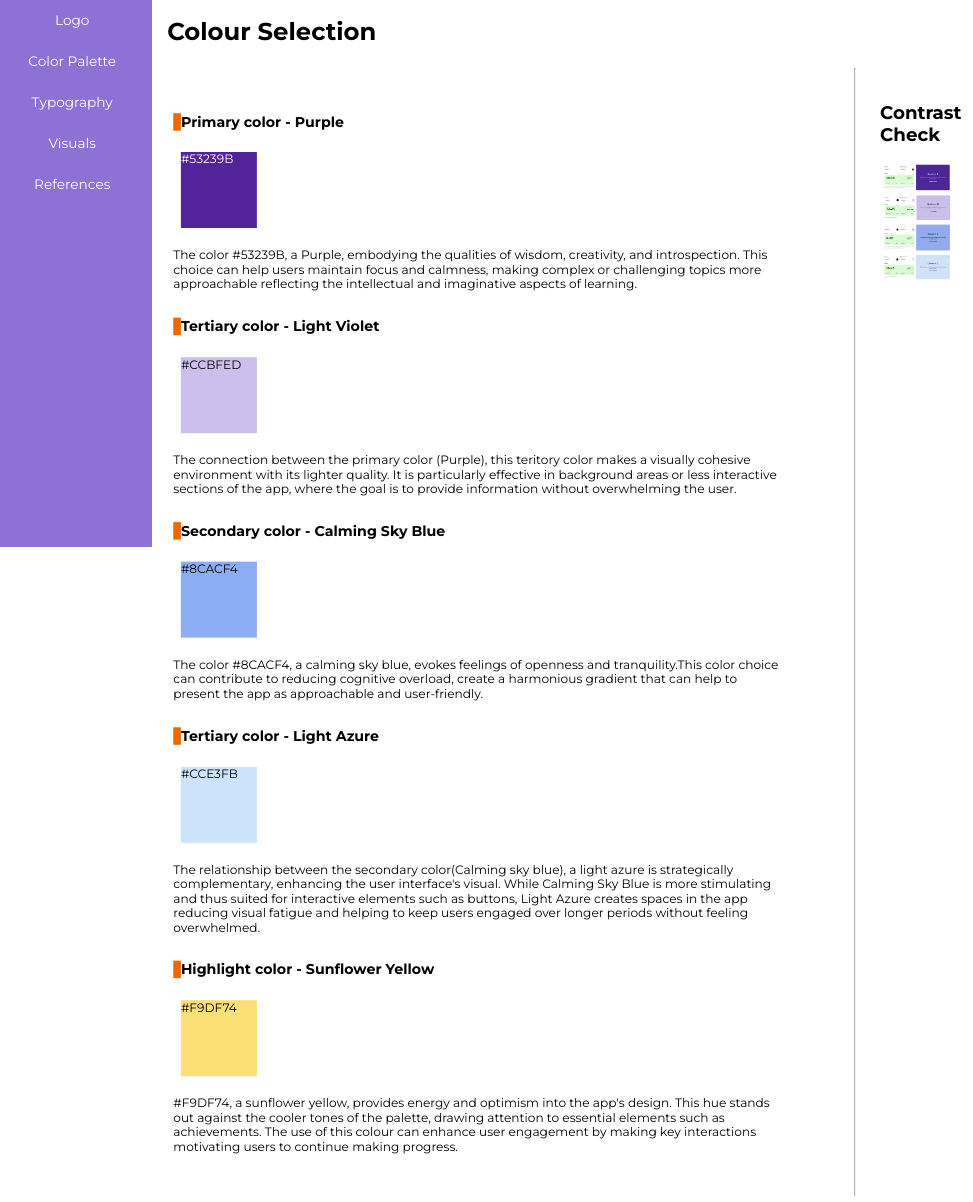
Repository: Irinalimm/PocketProfs-A5Styleguide
Page: pages/colour.html
The author's editor kept a copy of each file at every save. The page is drawn from the files as they stood at one save, then again after the next save.
The browser window is 1280 px wide. The pictures show the whole page, at 76% of full size.
Some web libraries are served in a nearby version.

Above is the page before, as saved 2024-04-10 22:33:17.

### pages/colour.html
<!DOCTYPE html>
<html lang="en">

<head>
  <meta charset="UTF-8">
  <meta name="viewport" content="width=device-width, initial-scale=1.0">
  <link rel="icon" type="image/x-icon" href="/img/OSCAR-THE-OTTER_LOGO-FAVICON-48x48.ico">
  <link rel="stylesheet" href="/css/colour.css">
  <link rel="preconnect" href="https://fonts.googleapis.com">
  <link rel="preconnect" href="https://fonts.gstatic.com" crossorigin>
  <link href="https://fonts.googleapis.com/css2?family=Montserrat:ital,wght@0,100..900;1,100..900&display=swap" rel="stylesheet">
  <title>Colour</title>
</head>

<body>
  <div class="sidenav button-effect">
    <div class="link-container">
      <a class="effect effect-4" href="home.html">Logo</a>
      <a class="effect effect-4" href="colour.html">Color Palette</a>
      <a class="effect effect-4" href="typography.html">Typography</a>
      <a class="effect effect-4" href="visuals.html">Visuals</a>
      <a class="effect effect-4" href="references.html">References</a>
    </div>
  </div>

  <div class="content">
    <h1 class="header">Colour Selection</h1>
    <div class="color-description">
    <div class="color-container">
      <div class="color-content">
        <h3>  Primary color - Purple</h3>
        <div class="color-1">#53239B</div>
        <p>The color #53239B, a Purple, embodying the qualities of wisdom, creativity, and introspection. This choice can help users maintain focus and calmness, making complex or challenging topics more approachable reflecting the intellectual and imaginative aspects of learning.</p>
      </div>
      <div class="color-content">
        <h3>Tertiary color - Light Violet</h3>
        <div class="color-2">#CCBFED</div>
        <p>The connection between the primary color (Purple), this teritory color makes a visually cohesive environment with its lighter quality. It is particularly effective in background areas or less interactive sections of the app, where the goal is to provide information without overwhelming the user.</p>
      </div>
      <div class="color-content">
        <h3>Secondary color - Calming Sky Blue</h3>
        <div class="color-3">#8CACF4</div>
        <p>The color #8CACF4, a calming sky blue, evokes feelings of openness and tranquility.This color choice can contribute to reducing cognitive overload, create a harmonious gradient that can help to present the app as approachable and user-friendly.</p>
      </div>
      <div class="color-content">
        <h3>Tertiary color - Light Azure</h3>
        <div class="color-4">#CCE3FB</div>
        <p>The relationship between the secondary color(Calming sky blue), a light azure is strategically complementary, enhancing the user interface's visual. While Calming Sky Blue is more stimulating and thus suited for interactive elements such as buttons, Light Azure creates spaces in the app reducing visual fatigue and helping to keep users engaged over longer periods without feeling overwhelmed.</p>
      </div>
      <div class="color-content">
        <h3>Highlight color - Sunflower Yellow</h3>
        <div class="color-5">#F9DF74</div>
        <p>#F9DF74, a sunflower yellow, provides energy and optimism into the app's design. This hue stands out against the cooler tones of the palette, drawing attention to essential elements such as achievements. The use of this colour can enhance user engagement by making key interactions motivating users to continue making progress.</p>
      </div>
    </div>
    <hr/>
    <div class="contrast-checker">
      <h2>Contrast Check</h2>
      <div class="contrast-container"><img class="contrast-screenshot" src="/img/contrast-check.png"  alt="Contrast check"></div>
    </div>
  </div>
</div>
  </body>

  <footer></footer>
  <script src="https://kit.fontawesome.com/d1051c85c7.js" crossorigin="anonymous"></script>

</html>

### css/colour.css
* {
  box-sizing: border-box;

}

body {
  margin: 0;
  font-family: "Montserrat", sans-serif;
  animation: 1s ease-out 0s 1 slideInFromLeft;

}

.header {
  margin-left: 200px;
  padding-left: 20px;
}

h3{
  border-left: 10px solid #eb6A00;
  margin: 0, 1.5rem;
}

/* Style the side navigation */
.sidenav {
  height: 100%;
  width: 200px;
  position: fixed;
  z-index: 1;
  top: 0;
  left: 0;
  background-color: rgb(142,113,213);
  overflow-x: hidden;
  animation: 1s ease-out 0s 1 slideInFromLeft;
}


/* Side navigation links */
.sidenav a {
  color: white;
  padding: 16px;
  text-decoration: none;
  display: block;
  margin-left: 20px;
}

/* Change color on hover */
.sidenav a:hover {
  background-color: rgb(180,158,244);
  color: black;
}

/* Style the content */
.content {
  display: flex;
  flex-direction: column;
  animation: 1s ease-out 0s 1 slideInFromLeft;
  display: flex;
  flex-direction: column;
}

.example-box {
  text-align: left;
  margin-left: 200px;
  padding-left: 20px;
}

.color-container{
  margin-right: 3rem;
  margin-left: 180px;
  display: flex;
  flex-direction: column;
  padding: 3rem;
}
.color-1 {
  width: 100px;
  height: 100px;
  background-color: #53239B;
  color:white;
  margin: 10px;

}
.color-2 {
  width: 100px;
  height: 100px;
  background-color: #CCBFED;
  margin: 10px;
}
.color-3 {
  width: 100px;
  height: 100px;
  background-color: #8CACF4;
  margin: 10px;
}
.color-4 {
  width: 100px;
  height: 100px;
  background-color: #CCE3FB;
  margin: 10px;
}
.color-5 {
  width: 100px;
  height: 100px;
  background-color: #F9DF74;
  margin: 10px;
}

.color-1,
.color-2,
.color-3,
.color-4,
.color-5 {
  display: flex;
  flex-direction: column;
}

.color-content{
  display: flex;
  flex-direction: column;
  width: 50rem;
}

.effect {
  text-align: center;
  display: inline-block;
  position: relative;
  text-decoration: none;
  color: orange;
  text-transform: capitalize;
  /* background-color: - add your own background-color */
  font-family: 'Montserrat', sans-serif; /* put your font-family */
  font-size: 18px;
  padding: 20px 0px;
  width: 150px;
  border-radius: 10px;
  overflow: hidden;
}

.effect.effect-4 {
  transition: all 0.5s linear 0s;
  animation: fadeIn 2s ;
}

.effect.effect-4:before {
  content: "\f178";
  font-family: FontAwesome;
  display: flex;
  align-items: center;
  justify-content: center;
  position: absolute;
  top: 0;
  left: 0px;
  width: 100%;
  height: 100%;
  text-align: center;
  font-size: 30px;
  transform: scale(0,3);
  transition: all 0.1s linear 0s;
}

.effect.effect-4:hover {
  text-indent: -9999px;
}

.effect.effect-4:hover:before {
  transform: scale(1,1);
  text-indent: 0;
}

.contrast-screenshot{
  width: 90%;
  display: block;
}

.contrast-checker{
  margin:2rem;
  display: block;
}

.color-description{
  display: flex;
  flex-direction: row;
}



@keyframes fadeIn {
  from {
    opacity: 0;
  }
  to {
    opacity: 1;
  }
}
@keyframes slideInFromLeft {
  0% {
    transform: translateX(-100%);
  }
  100% {
    transform: translateX(0);
  }
}

After the next save:
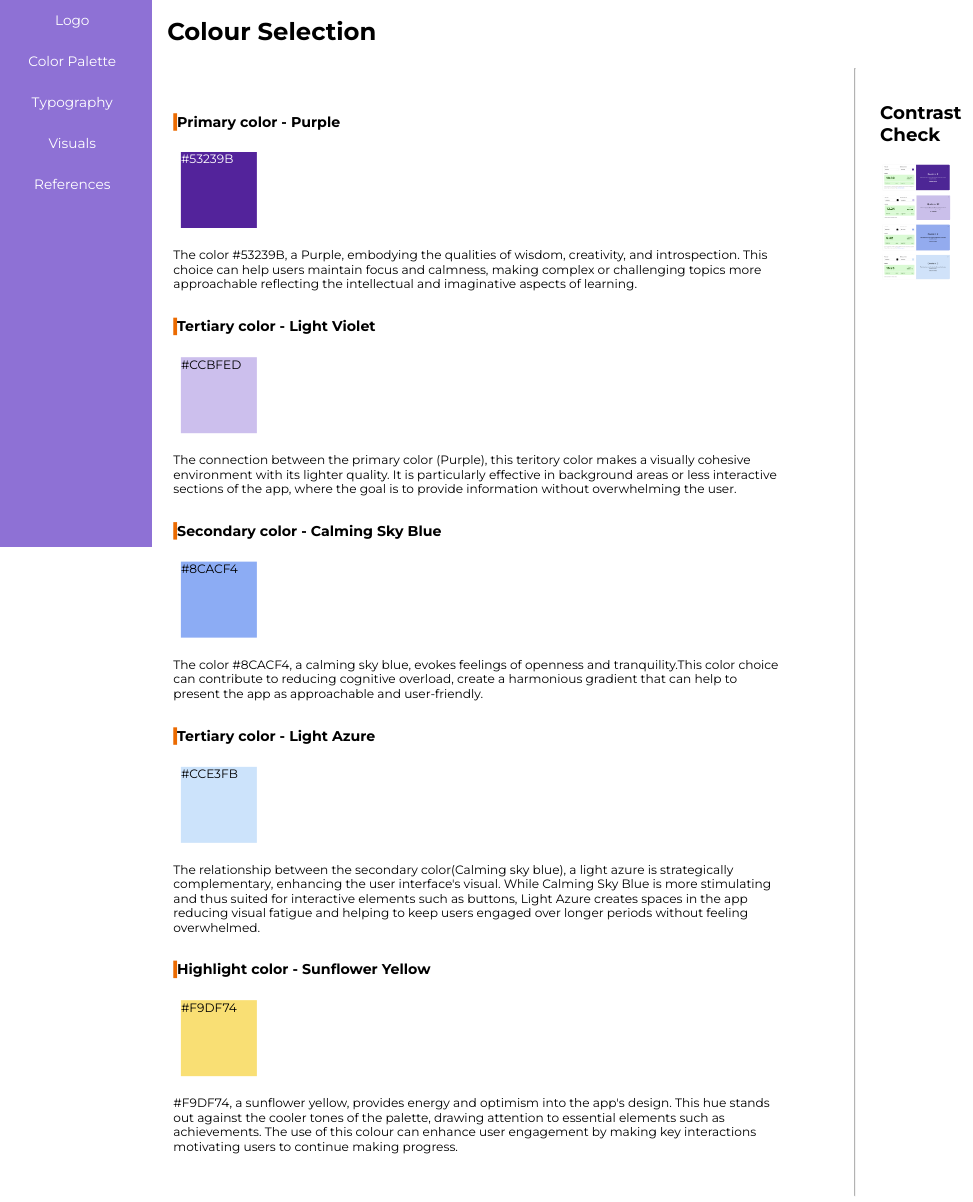
Saved 51 s later.
--- a/css/colour.css
+++ b/css/colour.css
@@ -16,7 +16,7 @@ body {
 }
 
 h3{
-  border-left: 10px solid #eb6A00;
+  border-left: 5px solid #eb6A00;
   margin: 0, 1.5rem;
 }
 
